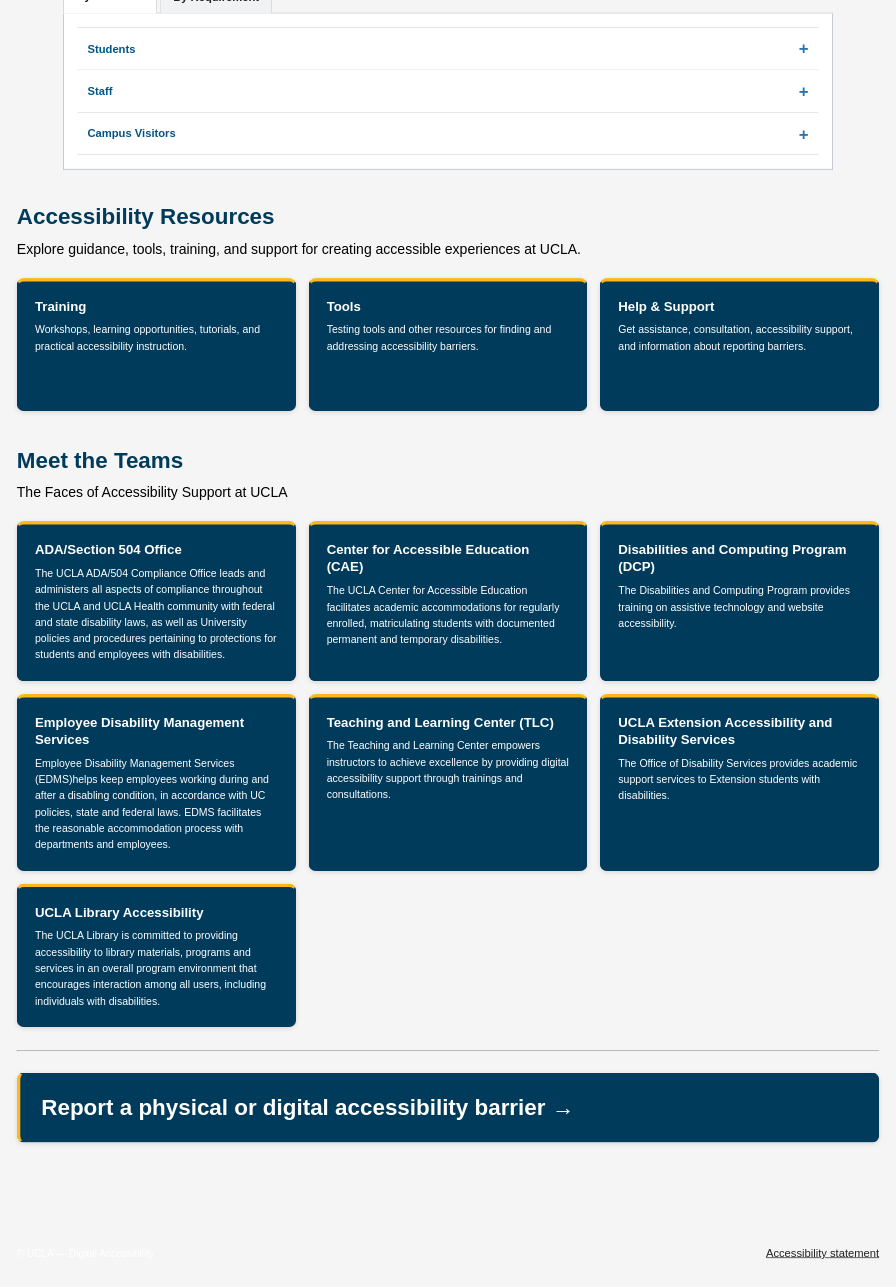
Repository: PSunnywell/UCLA-A11y-barrier-page
Page: index.html
An editor plug-in stored every save of this project. The page is shown before and after the next save, followed by the edit.
The browser window is 1280 px wide. The pictures show the part of the page from y = 895 to 2815 px (the page is 2734 px tall before and 2815 px after), at 70% of full size.

Above is the page before, as saved 2026-10-14 20:43:37.
Not found: search.js

### index.html
<!DOCTYPE html>
<html lang="en">
<head>
  <meta charset="UTF-8">
  <meta name="viewport" content="width=device-width, initial-scale=1.0">
  <meta name="description" content="Accessibility Resources for UCLA">
  <title>Accessibility Resources</title>
  <link rel="stylesheet" href="styles4.css">
  <style>

    .requirements-tabs { max-width: 1100px; margin: 1.5rem auto 3rem; font-family: inherit; }
    .requirements-tablist { display: flex; align-items: flex-end; flex-wrap: wrap; gap: 4px; padding: 0; border-bottom: 1px solid #aeb6bf; }
    .requirements-tab { appearance: none; border: 1px solid #b5bac1; border-bottom: 0; border-radius: 6px 6px 0 0; background: #f1f2f4; color: #242424; font: inherit; font-weight: 600; font-size: 1rem; line-height: 1.3; padding: 12px 18px; margin: 0 0 -1px; cursor: pointer; }
    .requirements-tab[aria-selected="true"] { background: #fff; color: #111; border-top: 4px solid #2774ae; padding-top: 9px; border-bottom: 1px solid #fff; position: relative; z-index: 1; }
    .requirements-tab:hover:not([aria-selected="true"]) { background: #e5edf4; }
    .requirements-tab:focus-visible { outline: 3px solid #005587; outline-offset: 2px; z-index: 2; }
    .requirements-tabs > .requirements-panel { border: 1px solid #aeb6bf; border-top: 0; padding: 20px; background: #fff; }
    /* Simple accordion rows inside each top-level tab. */
    .requirements-accordion { border-bottom: 1px solid #c9d1d8; }
    .requirements-accordion:first-child { border-top: 1px solid #c9d1d8; }
    .requirements-accordion summary { cursor: pointer; list-style: none; display: flex; align-items: center; justify-content: space-between; gap: 1rem; padding: 17px 14px; font-weight: 600; color: #005587; background: #fff; }
    .requirements-accordion summary::-webkit-details-marker { display: none; }
    .requirements-accordion summary::after { content: "+"; font-size: 1.5rem; line-height: 1; color: #2774ae; }
    .requirements-accordion[open] summary::after { content: "−"; }
    .requirements-accordion summary:hover { background: #f3f8fc; }
    .requirements-accordion summary:focus-visible { outline: 3px solid #005587; outline-offset: -3px; }
    .requirements-accordion-content { padding: 0 14px 16px; }
    .requirements-panel[hidden] { display: none; }
    .requirements-panel p { line-height: 1.65; max-width: 72ch; margin: 0 0 .8rem; }
    .requirements-panel h3 { color: #005587; margin: 0 0 .65rem; font-size: 1.2rem; }
    @media (max-width: 600px) { .requirements-tab { padding: 10px 12px; font-size: .9rem; } .requirements-tab[aria-selected="true"] { padding-top: 7px; } .requirements-tabs > .requirements-panel { padding: 14px; } }
  </style>
</head>
<body>
  <a class="skip-link" href="#main-content">Skip to main content</a>

  <header class="site-header">
    <div class="header-inner">
      <a class="site-brand" href="ucla.edu" aria-label="UCLA home">
        <img class="site-brand-logo" src="images/logo_UCLA_blue_boxed.png" alt="UCLA">

      </a>
      <nav class="primary-nav" aria-label="Primary navigation">

        <ul>
          <li><a href="https://newsroom.ucla.edu/">Newsroom</a></li>
          <li><a href="training.html">Training</a></li>
          <li><a href="contact.html">Contact</a></li>
        </ul>
      </nav>
    </div>

    <div class="site-search-row">
      <search class="site-search" role="search">
        <form action="search.html" method="get">
          <label for="site-search-input">Search the site</label>
          <input id="site-search-input" name="q" type="search" placeholder="Search the site" autocomplete="off">
          <button type="submit">Search</button>
        </form>
      </search>
    </div>
  </header>


  <!-- =======================================================
       HERO
       ======================================================= -->

  <section class="hero" aria-labelledby="page-title">

    <div class="hero-inner">

            <h1 id="page-title">
       Building a More Accessible Community
      </h1>

      <p>At UCLA, accessibility is essential to creating a community where everyone feels welcome, respected, and empowered to participate fully.</p>

<p>Guided by our True Bruin Value of Belonging, we strive to build an inclusive environment that recognizes and respects the diverse identities, experiences, and abilities of our campus community. Accessibility goes beyond removing barriers and meeting legal requirements. It is about creating meaningful opportunities for everyone to learn, work, connect, and thrive.</p>

<p>Through our shared commitment to accessibility, we help build a UCLA where everyone has the opportunity to participate, contribute, and belong.</p>


    </div>

  </section>


  <!-- =======================================================
       MAIN
       ======================================================= -->

  <main id="main-content">


    <!-- =====================================================
         PRIMARY RESOURCE CARDS
         ===================================================== -->

    <section aria-labelledby="requirements-heading">

      <div class="section-heading">
        <h2 id="requirements-heading">Understanding Accessibility Requirements</h2>
        <p>Accessibility laws, university policies, and technical standards help create equitable access to UCLA's programs, services, and digital experiences. Explore what each means, who it applies to, and why it matters.</p>
      </div>

      <!-- Two main tabs; each contains three native HTML accordions. -->
      <div class="requirements-tabs">
        <div class="requirements-tablist" role="tablist" aria-label="Browse accessibility requirements">
          <button type="button" class="requirements-tab" id="tab-audience" role="tab" aria-selected="true" aria-controls="panel-audience" tabindex="0">By Audience</button>
          <button type="button" class="requirements-tab" id="tab-requirement" role="tab" aria-selected="false" aria-controls="panel-requirement" tabindex="-1">By Requirement</button>
        </div>

        <div class="requirements-panel" id="panel-audience" role="tabpanel" aria-labelledby="tab-audience" tabindex="0">
          <details class="requirements-accordion">
            <summary>Students</summary>
            <div class="requirements-accordion-content">
              <p>Explore accessibility rights, accommodations, and resources that support participation in courses, campus programs, and university life.</p>
            </div>
          </details>
          <details class="requirements-accordion">
            <summary>Staff</summary>
            <div class="requirements-accordion-content">
              <p>Learn about accessibility responsibilities and support for university workplaces, services, communications, and digital content.</p>
            </div>
          </details>
          <details class="requirements-accordion">
            <summary>Campus Visitors</summary>
            <div class="requirements-accordion-content">
              <p>Find information about access to campus spaces, events, programs, and services when visiting UCLA.</p>
            </div>
          </details>
        </div>
        <div class="requirements-panel" id="panel-requirement" role="tabpanel" aria-labelledby="tab-requirement" tabindex="0" hidden>
          <details class="requirements-accordion">
            <summary>Laws &amp; Regulations</summary>
            <div class="requirements-accordion-content">
              <p>Federal and state requirements, including the ADA and Section 504, establish rights and obligations related to equal access and nondiscrimination.</p>
            </div>
          </details>
          <details class="requirements-accordion">
            <summary>UC Policies</summary>
            <div class="requirements-accordion-content">
              <p>University of California policies describe institutional expectations, responsibilities, and procedures. Check each policy for its scope and applicability.</p>
            </div>
          </details>
          <details class="requirements-accordion">
            <summary>Standards</summary>
            <div class="requirements-accordion-content">
              <p>Technical criteria, such as the Web Content Accessibility Guidelines (WCAG), help teams design and evaluate accessible experiences. Applicable requirements determine which standards are mandatory.</p>
            </div>
          </details>
        </div>
      </div>

      <div class="section-heading">
        <h2 id="resources-heading">Accessibility Resources</h2>
        <p>Explore guidance, tools, training, and support for creating accessible experiences at UCLA.</p>
      </div>

      <div class="card-grid">

        <!-- CARD 1 -->
        <a
          class="resource-card is-dark"
          href="accessible-course-materials1004.html"
        >
          <h3>
           Training
          </h3>

          <p>
             Workshops, learning opportunities, tutorials,
            and practical accessibility instruction.
          </p>
        </a>

        <!-- CARD 2 -->
        <a
          class="resource-card is-dark"
          href="tools.html"
        >
          <h3>
            Tools
          </h3>

          <p>
            Testing tools and other resources for finding
            and addressing accessibility barriers.
          </p>
        </a>

        <!-- CARD 3 -->
        <a
          class="resource-card is-dark"
          href="support.html" >
          <h3>
            Help & Support
          </h3>

          <p>
            Get assistance, consultation, accessibility
            support, and information about reporting barriers.
          </p>
        </a>


      </div>

    </section>
<br>
<br>

    <!-- =====================================================
         FEATURED CONTENT
         ===================================================== -->
 <div class="section-heading">
        <h2 id="resources-heading">Meet the Teams</h2>
        <p>The Faces of Accessibility Support at UCLA</p>
      </div>

      <div class="card-grid">

        <!-- CARD 0 -->
        <a
          class="resource-card is-dark"
          href="https://equity.ucla.edu/civil-rights/ada-504/"
        >
          <h3>
          ADA/Section 504 Office
          </h3>

          <p>
            The UCLA ADA/504 Compliance Office leads and administers all aspects of compliance throughout the UCLA and UCLA Health community with federal and state disability laws, as well as University policies and procedures pertaining to protections for students and employees with disabilities.
          </p>
        </a>


        <!-- CARD 1 -->
        <a
          class="resource-card is-dark"
          href="https://www.cae.ucla.edu/"
        >
          <h3>
           Center for Accessible Education (CAE)
          </h3>

          <p>
            The UCLA Center for Accessible Education facilitates academic accommodations for regularly enrolled, matriculating students with documented permanent and temporary disabilities.
          </p>
        </a>

        <!-- CARD 2 -->
        <a
          class="resource-card is-dark"
          href="https://dcp.ucla.edu/"
        >
          <h3>
           Disabilities and Computing Program (DCP)
          </h3>

          <p>
           The Disabilities and Computing Program provides training on assistive technology and website accessibility.
          </p>
        </a>

   <!-- CARD 3 -->
        <a
          class="resource-card is-dark"
          href="https://adminvc.ucla.edu/people/employee-disability-management-services-edms" >
          <h3>Employee Disability Management Services
          </h3>

          <p>
            Employee Disability Management Services (EDMS)helps keep employees working during and after a disabling condition, in accordance with UC policies, state and federal laws. EDMS facilitates the reasonable accommodation process with departments and employees.
          </p>
        </a>

         <!-- CARD 4 -->
        <a
          class="resource-card is-dark"
          href="https://calendly.com/d/cymw-kg2-kww" >
          <h3>Teaching and Learning Center (TLC)
          </h3>

          <p>
            The Teaching and Learning Center empowers instructors to achieve excellence by providing digital accessibility support through trainings and consultations.
          </p>
        </a>

         <!-- CARD 5 -->
        <a
          class="resource-card is-dark"
          href="https://www.uclaextension.edu/accessibility-and-disability-services" >
          <h3>UCLA Extension Accessibility and Disability Services
          </h3>

          <p>
            The Office of Disability Services provides academic support services to Extension students with disabilities.
          </p>
        </a>

        <!-- CARD 6 -->
        <a
          class="resource-card is-dark"
          href="https://www.library.ucla.edu/help/services-resources/accessibility-resources/" >
          <h3>
            UCLA Library Accessibility
          </h3>

          <p>
            The UCLA Library is committed to providing accessibility to library materials, programs and services in an overall program environment that encourages interaction among all users, including individuals with disabilities.
          </p>
        </a>

      </div>

    </section>
    <br>

<hr class="section-divider">


    <!-- =====================================================
        REPORT BARRIER
         ===================================================== -->


<section aria-label="Report an accessibility barrier">

  <div class="report-barrier">

    <a class="report-barrier-button"
       href="report-barrier.html">
      Report a physical or digital accessibility barrier →
    </a>

  </div>

</section>


  </main>


  <!-- =======================================================
       FOOTER
       ======================================================= -->

  <footer>

    <div class="footer-inner">

      <p>
        © UCLA — Digital Accessibility
      </p>

      <a
        class="footer-link"
        href="accessibility.html"
      >
        Accessibility statement
      </a>

    </div>

  </footer>

<script src="search.js" defer></script>
  <script>
    // Accessible keyboard navigation for the two main tabs.
    document.querySelectorAll('.requirements-tablist').forEach(tablist => {
      const tabs = Array.from(tablist.querySelectorAll(':scope > [role="tab"]'));
      function activate(tab, moveFocus = false) {
        tabs.forEach(item => {
          const selected = item === tab;
          item.setAttribute('aria-selected', String(selected));
          item.tabIndex = selected ? 0 : -1;
          document.getElementById(item.getAttribute('aria-controls')).hidden = !selected;
        });
        if (moveFocus) tab.focus();
      }
      tabs.forEach((tab, index) => {
        tab.addEventListener('click', () => activate(tab));
        tab.addEventListener('keydown', event => {
          let next;
          if (event.key === 'ArrowRight') next = (index + 1) % tabs.length;
          else if (event.key === 'ArrowLeft') next = (index - 1 + tabs.length) % tabs.length;
          else if (event.key === 'Home') next = 0;
          else if (event.key === 'End') next = tabs.length - 1;
          else return;
          event.preventDefault();
          activate(tabs[next], true);
        });
      });
    });
  </script>
</body>
</html>

Loaded but not shown: styles4.css (413 lines, source omitted)

After the next save:
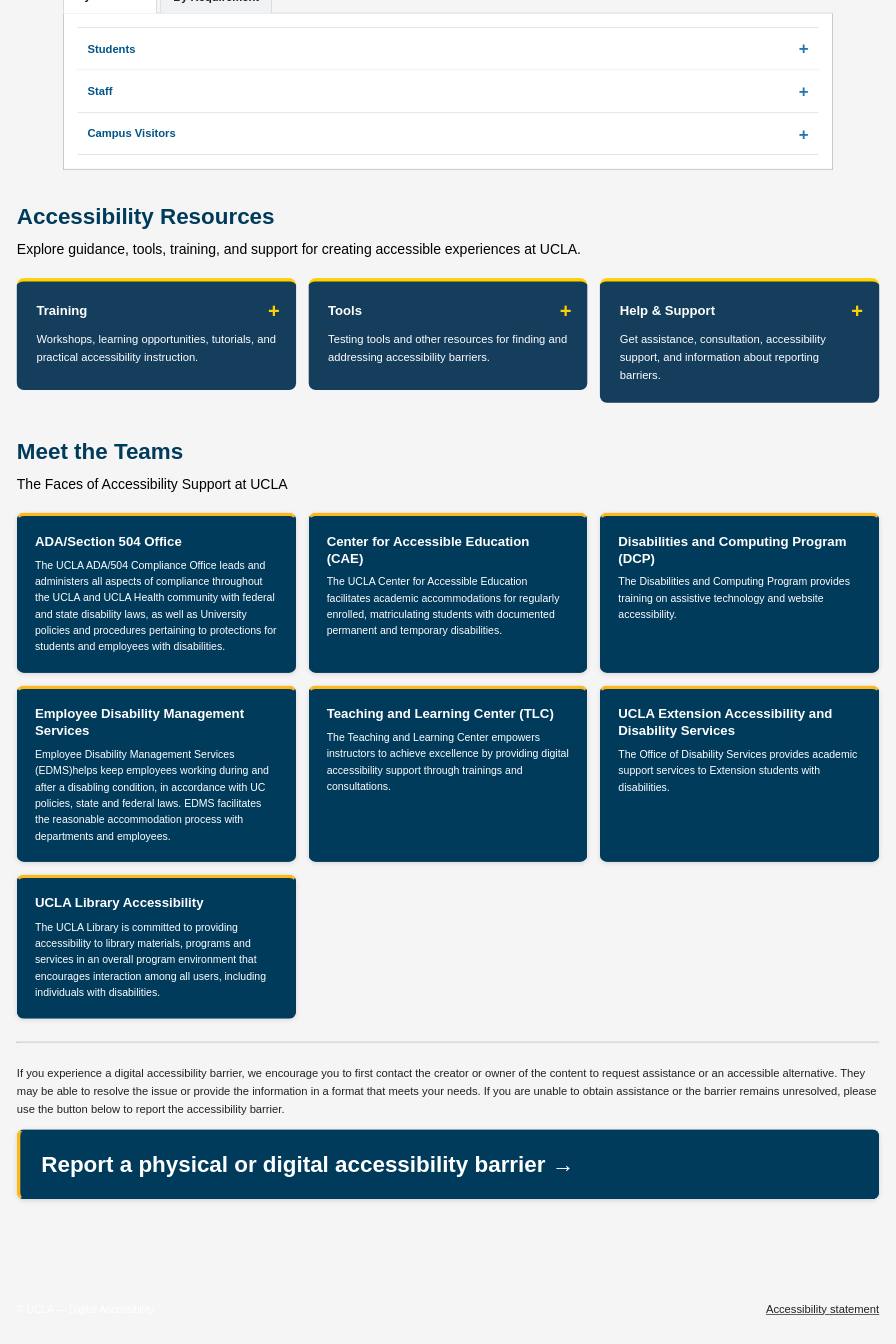
Saved 24 h 26 min later.
--- a/index.html
+++ b/index.html
@@ -29,6 +29,26 @@
     .requirements-panel p { line-height: 1.65; max-width: 72ch; margin: 0 0 .8rem; }
     .requirements-panel h3 { color: #005587; margin: 0 0 .65rem; font-size: 1.2rem; }
     @media (max-width: 600px) { .requirements-tab { padding: 10px 12px; font-size: .9rem; } .requirements-tab[aria-selected="true"] { padding-top: 7px; } .requirements-tabs > .requirements-panel { padding: 14px; } }
+
+    /* Click-to-expand accessibility resource cards. */
+    .resource-expand-grid { align-items: start; }
+    .resource-expand-card { background: #153d5c; color: #fff; border-top: 5px solid #ffd100; border-radius: 10px; overflow: hidden; min-width: 0; }
+    .resource-expand-card > summary { display: block; list-style: none; cursor: pointer; padding: 26px 28px; position: relative; min-height: 155px; box-sizing: border-box; }
+    .resource-expand-card > summary::-webkit-details-marker { display: none; }
+    .resource-expand-card > summary h3 { color: #fff; margin: 0 28px 14px 0; }
+    .resource-expand-card > summary p { color: #fff; margin: 0; line-height: 1.6; }
+    .resource-expand-card > summary::after { content: '+'; position: absolute; top: 19px; right: 23px; font-size: 1.8rem; color: #ffd100; font-weight: 700; }
+    .resource-expand-card[open] > summary::after { content: '\2212'; }
+    .resource-expand-card > summary:hover { background: #1d5075; }
+    .resource-expand-card > summary:focus-visible { outline: 3px solid #ffd100; outline-offset: -5px; }
+    .resource-expand-links { border-top: 1px solid rgba(255,255,255,.45); padding: 12px 20px 22px; }
+    .resource-expand-links ul { list-style: none; padding: 0; margin: 0; }
+    .resource-expand-links a { display: block; color: #fff; text-decoration: underline; text-underline-offset: 3px; padding: 11px 10px; border-radius: 4px; font-weight: 600; }
+    .resource-expand-links a::before { content: '\203A'; color: #ffd100; font-size: 1.3rem; margin-right: 9px; }
+    .resource-expand-links a:hover, .resource-expand-links a:focus-visible { background: #fff; color: #153d5c; }
+    .resource-expand-links a:hover::before, .resource-expand-links a:focus-visible::before { color: #153d5c; }
+    .resource-expand-links a:focus-visible { outline: 3px solid #ffd100; outline-offset: 2px; }
+    @media (max-width: 650px) { .resource-expand-grid { grid-template-columns: 1fr; } }
   </style>
 </head>
 <body>
@@ -158,53 +178,46 @@
         <p>Explore guidance, tools, training, and support for creating accessible experiences at UCLA.</p>
       </div>
 
-      <div class="card-grid">
-
-        <!-- CARD 1 -->
-        <a
-          class="resource-card is-dark"
-          href="accessible-course-materials1004.html"
-        >
-          <h3>
-           Training
-          </h3>
-
-          <p>
-             Workshops, learning opportunities, tutorials,
-            and practical accessibility instruction.
-          </p>
-        </a>
-
-        <!-- CARD 2 -->
-        <a
-          class="resource-card is-dark"
-          href="tools.html"
-        >
-          <h3>
-            Tools
-          </h3>
-
-          <p>
-            Testing tools and other resources for finding
-            and addressing accessibility barriers.
-          </p>
-        </a>
-
-        <!-- CARD 3 -->
-        <a
-          class="resource-card is-dark"
-          href="support.html" >
-          <h3>
-            Help & Support
-          </h3>
-
-          <p>
-            Get assistance, consultation, accessibility
-            support, and information about reporting barriers.
-          </p>
-        </a>
-
-
+      <div class="card-grid resource-expand-grid">
+        <details class="resource-expand-card">
+          <summary>
+            <h3>Training</h3>
+            <p>Workshops, learning opportunities, tutorials, and practical accessibility instruction.</p>
+          </summary>
+          <nav class="resource-expand-links" aria-label="Training links">
+            <ul>
+              <li><a href="training-students.html">Training for Students</a></li>
+              <li><a href="training-instructors.html">Training for Instructors</a></li>
+              <li><a href="training-developers.html">Training for Developers</a></li>
+            </ul>
+          </nav>
+        </details>
+        <details class="resource-expand-card">
+          <summary>
+            <h3>Tools</h3>
+            <p>Testing tools and other resources for finding and addressing accessibility barriers.</p>
+          </summary>
+          <nav class="resource-expand-links" aria-label="Tools links">
+            <ul>
+              <li><a href="accessibility-testing.html">Accessibility Testing Tools</a></li>
+              <li><a href="document-accessibility.html">Document Accessibility</a></li>
+              <li><a href="web-accessibility.html">Web Accessibility Tools</a></li>
+            </ul>
+          </nav>
+        </details>
+        <details class="resource-expand-card">
+          <summary>
+            <h3>Help &amp; Support</h3>
+            <p>Get assistance, consultation, accessibility support, and information about reporting barriers.</p>
+          </summary>
+          <nav class="resource-expand-links" aria-label="Help & Support links">
+            <ul>
+              <li><a href="consultation.html">Request a Consultation</a></li>
+              <li><a href="report-barrier.html">Report an Accessibility Barrier</a></li>
+              <li><a href="contact.html">Contact Accessibility Support</a></li>
+            </ul>
+          </nav>
+        </details>
       </div>
 
     </section>
@@ -329,6 +342,7 @@
 <section aria-label="Report an accessibility barrier">
 
   <div class="report-barrier">
+    <p>If you experience a digital accessibility barrier, we encourage you to first contact the creator or owner of the content to request assistance or an accessible alternative. They may be able to resolve the issue or provide the information in a format that meets your needs. If you are unable to obtain assistance or the barrier remains unresolved, please use the button below to report the accessibility barrier.</p>
 
     <a class="report-barrier-button"
        href="report-barrier.html">
